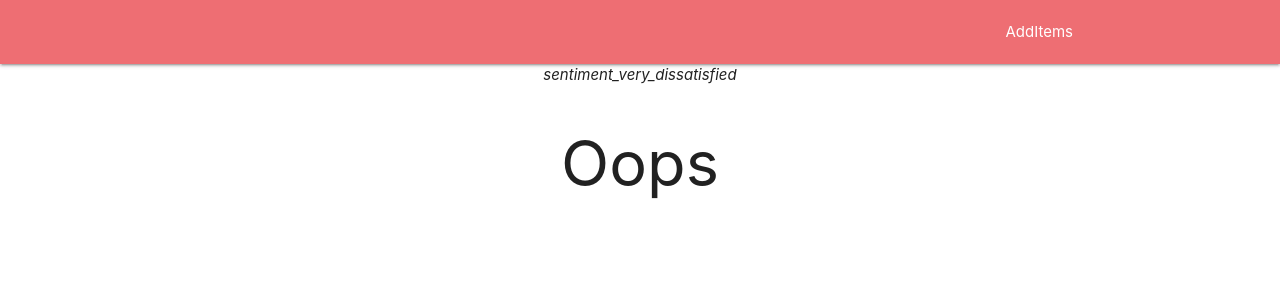
Repository: umarrg/crud-app-ejs-and-nodejs
Page: public/error.html
The author's editor kept a copy of each file at every save. The page is drawn from the files as they stood at one save, then again after the next save.
The browser window is 1280 px wide. The pictures show the whole page.

Above is the page before, as saved 2020-12-29 12:09:28.

After the next save:
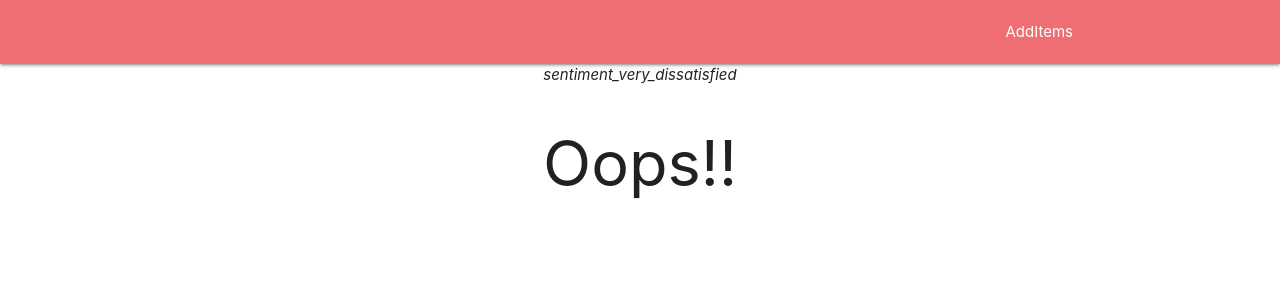
Saved 16 s later.
--- a/public/error.html
+++ b/public/error.html
@@ -19,7 +19,7 @@
       </nav>
       <div class="container center-align">
         <i class="material-icons">sentiment_very_dissatisfied</i>
-        <h1>Oops</h1>
+        <h1>Oops!!</h1>
 
       </div>
 
